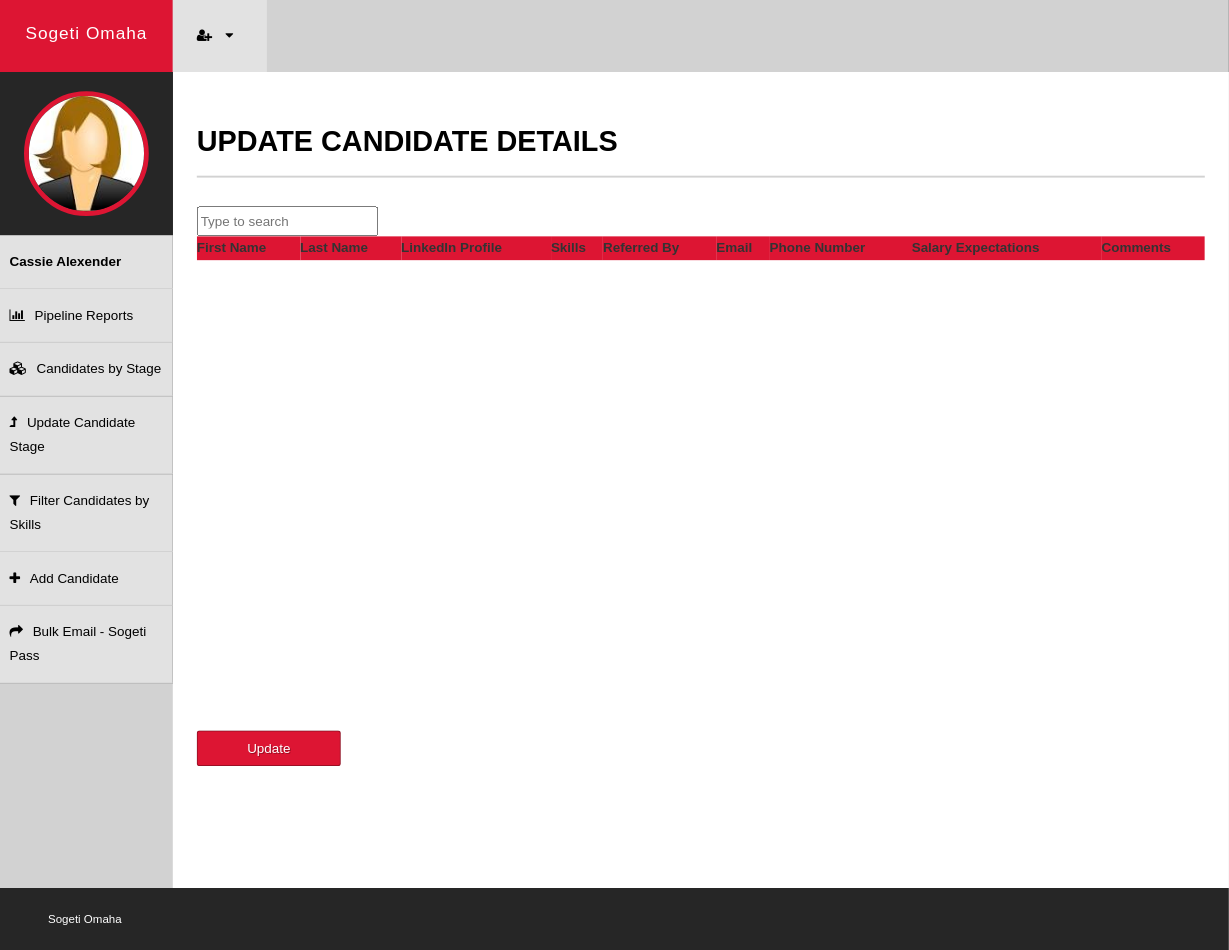
Repository: prasanana/Omaha-Sogeti-Recruiting
Page: http://localhost/Omaha_Sogeti_Recruitment/ModifyCandidateDetails.jsp
An editor plug-in stored every save of this project. The page is shown before and after the next save, followed by the edit.
The browser window is 1280 px wide. The pictures show the whole page, at 96% of full size.
Some web fonts or font styles are not loaded; a fallback is used. The page is served by Tomcat 9.

Above is the page before, as saved 2015-03-26 17:40:25.

After the next save:
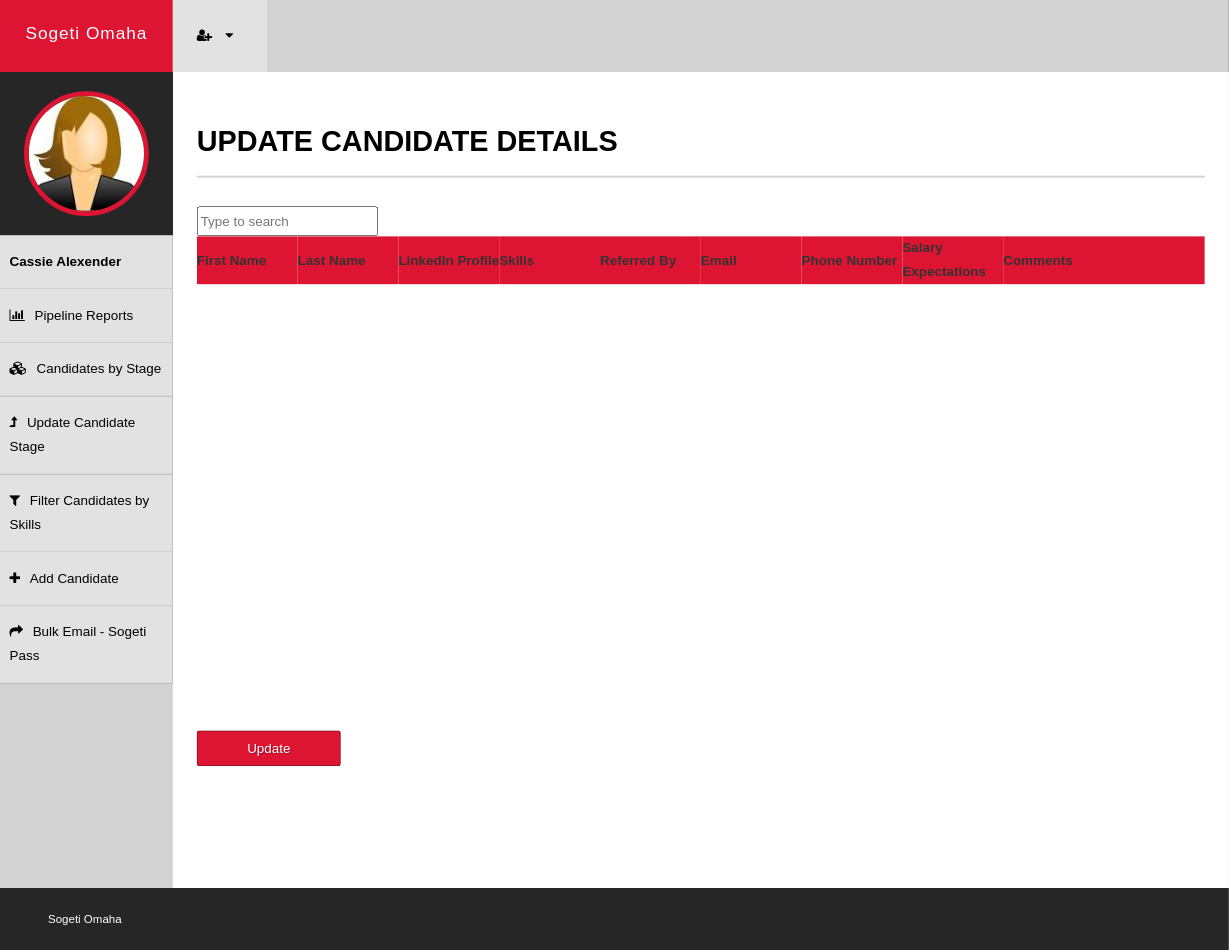
Saved 94 s later.
--- a/OmahaSogetiRecruitingWS/Omaha_Sogeti_Recruitment/WebContent/ModifyCandidateDetails.jsp
+++ b/OmahaSogetiRecruitingWS/Omaha_Sogeti_Recruitment/WebContent/ModifyCandidateDetails.jsp
@@ -101,15 +101,15 @@
 				<table id="modifyCandidateDetailsTable">
 				<thead>
 				    <tr>
-				      <th>First Name</th>
-				      <th>Last Name</th>
-				      <th>LinkedIn Profile</th>
-				      <th>Skills</th>
-				      <th>Referred By</th>
-				      <th>Email</th>
-				      <th>Phone Number</th>
-				      <th>Salary Expectations</th>
-				      <th>Comments</th>
+				      <th width = "10%">First Name</th>
+				      <th width = "10%">Last Name</th>
+				      <th width = "10%">LinkedIn Profile</th>
+				      <th width = "10%">Skills</th>
+				      <th width = "10%">Referred By</th>
+				      <th width = "10%">Email</th>
+				      <th width = "10%">Phone Number</th>
+				      <th width = "10%">Salary Expectations</th>
+				      <th width = "20%">Comments</th>
 				    </tr>
 				</thead>
 
